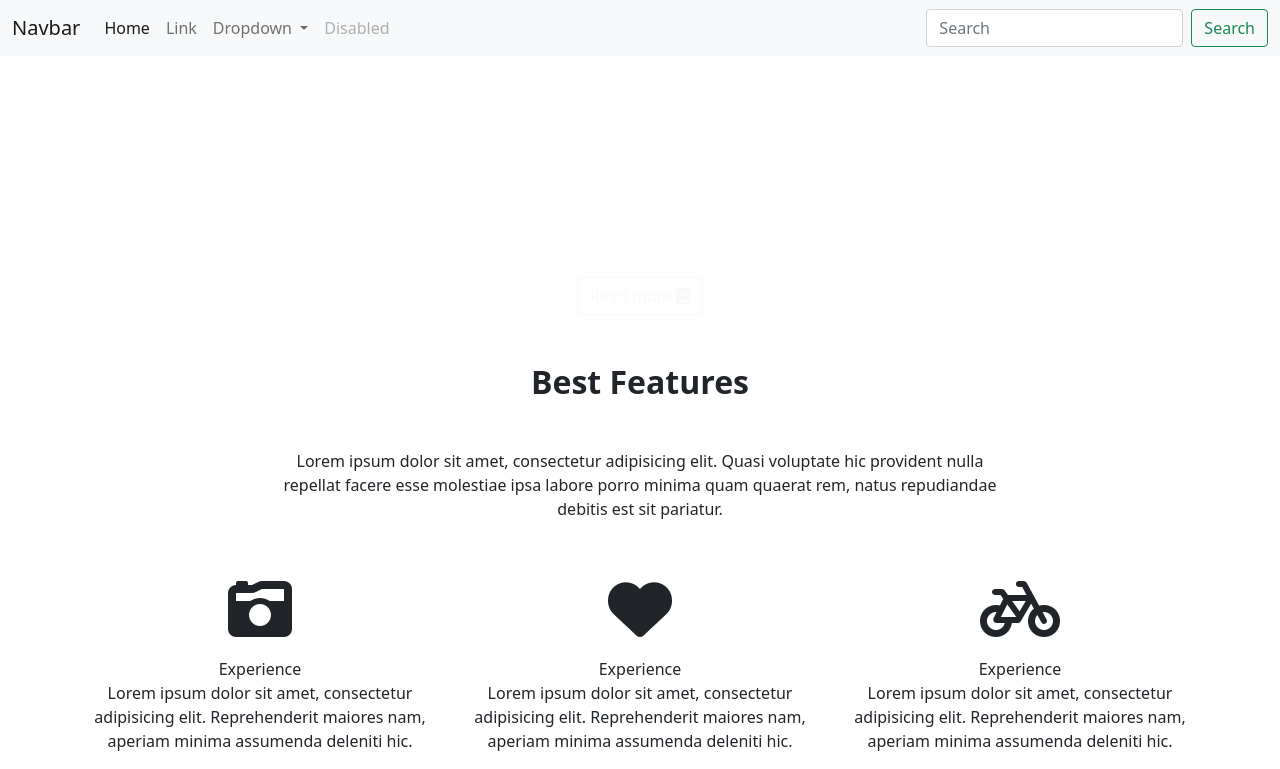
Repository: nptg3105/lab04-landing-page-boostrap5
Page: index.html
These files come from the project's save history. The page is drawn as it stood at one moment and after the next save; the edit follows.
The browser window is 1280 px wide. The pictures show the whole page.

Above is the page before, as saved 2021-12-19 10:20:10.

### index.html
<!DOCTYPE html>
<html lang="en">
  <head>
    <meta charset="UTF-8" />
    <meta http-equiv="X-UA-Compatible" content="IE=edge" />
    <meta name="viewport" content="width=device-width, initial-scale=1.0" />
    <title>lab04-Landing-Page-Boostrap</title>
    <link
      href="https://cdn.jsdelivr.net/npm/bootstrap@5.1.3/dist/css/bootstrap.min.css"
      rel="stylesheet"
      integrity="sha384-1BmE4kWBq78iYhFldvKuhfTAU6auU8tT94WrHftjDbrCEXSU1oBoqyl2QvZ6jIW3"
      crossorigin="anonymous"
    />
    <link rel="stylesheet" href="https://cdnjs.cloudflare.com/ajax/libs/font-awesome/6.0.0-beta3/css/all.min.css" integrity="sha512-Fo3rlrZj/k7ujTnHg4CGR2D7kSs0v4LLanw2qksYuRlEzO+tcaEPQogQ0KaoGN26/zrn20ImR1DfuLWnOo7aBA==" crossorigin="anonymous" referrerpolicy="no-referrer" />
    <link rel="stylesheet" href="dist/index.css" />
  </head>
  <body>
    <header>
      <nav class="navbar navbar-expand-lg navbar-light bg-light">
        <div class="container-fluid">
          <a class="navbar-brand" href="#">Navbar</a>
          <button
            class="navbar-toggler"
            type="button"
            data-bs-toggle="collapse"
            data-bs-target="#navbarSupportedContent"
            aria-controls="navbarSupportedContent"
            aria-expanded="false"
            aria-label="Toggle navigation"
          >
            <span class="navbar-toggler-icon"></span>
          </button>
          <div class="collapse navbar-collapse" id="navbarSupportedContent">
            <ul class="navbar-nav me-auto mb-2 mb-lg-0">
              <li class="nav-item">
                <a class="nav-link active" aria-current="page" href="#">Home</a>
              </li>
              <li class="nav-item">
                <a class="nav-link" href="#">Link</a>
              </li>
              <li class="nav-item dropdown">
                <a
                  class="nav-link dropdown-toggle"
                  href="#"
                  id="navbarDropdown"
                  role="button"
                  data-bs-toggle="dropdown"
                  aria-expanded="false"
                >
                  Dropdown
                </a>
                <ul class="dropdown-menu" aria-labelledby="navbarDropdown">
                  <li><a class="dropdown-item" href="#">Action</a></li>
                  <li><a class="dropdown-item" href="#">Another action</a></li>
                  <li><hr class="dropdown-divider" /></li>
                  <li>
                    <a class="dropdown-item" href="#">Something else here</a>
                  </li>
                </ul>
              </li>
              <li class="nav-item">
                <a class="nav-link disabled">Disabled</a>
              </li>
            </ul>
            <form class="d-flex">
              <input
                class="form-control me-2"
                type="search"
                placeholder="Search"
                aria-label="Search"
              />
              <button class="btn btn-outline-success" type="submit">
                Search
              </button>
            </form>
          </div>
        </div>
      </nav>
      <div class="hero">
       <div class="container-fluid d-flex align-items-center justify-content-center h-100">
         <div class="row d-flex justify-content-center text-center">
           <div class="col-md-10">
            <h2 class="text-white display-4 fw-bold pt-5 mb-2">Travel</h2>
            <h4 class="text-white my-4">Lorem ipsum dolor sit amet, consectetur adipisicing elit. Deleniti consequuntur.</h4>
            <button class="btn btn-outline-light">Read more <i class="fa fa-book"></i></button>
           </div>
         </div>
       </div>
      </div>
      <div class="feature text-center mt-5">
        <div class="container">
          <h2 class="feature__heading fw-bold mb-5">Best Features</h2>
          <div class="feature__detail row d-flex justify-content-center mb-4">
            <div class="col-md-8">
              <p class="grey-text">Lorem ipsum dolor sit amet, consectetur adipisicing elit. Quasi voluptate hic provident nulla repellat facere esse molestiae ipsa labore porro minima quam quaerat rem, natus repudiandae debitis est sit pariatur.</p>
            </div>
            </div>
          <div class="feature__list row">
            <div class="feature__item col-md-4">
              <div class="feature__icon fa-4x"><i class="fas fa-camera-retro"></i></div>
              <div class="feature__title">Experience</div>
              <div class="feature__desc">Lorem ipsum dolor sit amet, consectetur adipisicing elit. Reprehenderit maiores nam, aperiam minima assumenda deleniti hic.</div>
            </div>
            <div class="feature__item col-md-4">
              <div class="feature__icon fa-4x"><i class="fas fa-heart"></i></div>
              <div class="feature__title">Experience</div>
              <div class="feature__desc">Lorem ipsum dolor sit amet, consectetur adipisicing elit. Reprehenderit maiores nam, aperiam minima assumenda deleniti hic.</div>
            </div>
            <div class="feature__item col-md-4">
              <div class="feature__icon fa-4x"><i class="fas fa-bicycle"></i></div>
              <div class="feature__title">Experience</div>
              <div class="feature__desc">Lorem ipsum dolor sit amet, consectetur adipisicing elit. Reprehenderit maiores nam, aperiam minima assumenda deleniti hic.</div>
            </div>
          </div>
        </div>

      </div>
    </header>

    </p>

    <script
      src="https://cdn.jsdelivr.net/npm/bootstrap@5.1.3/dist/js/bootstrap.bundle.min.js"
      integrity="sha384-ka7Sk0Gln4gmtz2MlQnikT1wXgYsOg+OMhuP+IlRH9sENBO0LRn5q+8nbTov4+1p"
      crossorigin="anonymous"
    ></script>
  </body>
</html>

### dist/index.css
* {
  box-sizing: border-box;
  margin: 0;
  padding: 0;
}
body {
  line-height: 1.5;
}
:root {
  --color-bg: #ecf2f8;
  --color-white: #fff;
  --color-violet: #7541c8;
  --color-light-grey: #cfcfcf;
  --color-dark-grey: #19212e;
  --color-grey: #48556a;
}
.hero {
  background: url(https://mdbootstrap.com/img/Photos/Horizontal/Nature/full%20page/img%20(
        3
      ).jpg)
    no-repeat 50% fixed;
}
/*# sourceMappingURL=index.css.map */

After the next save:
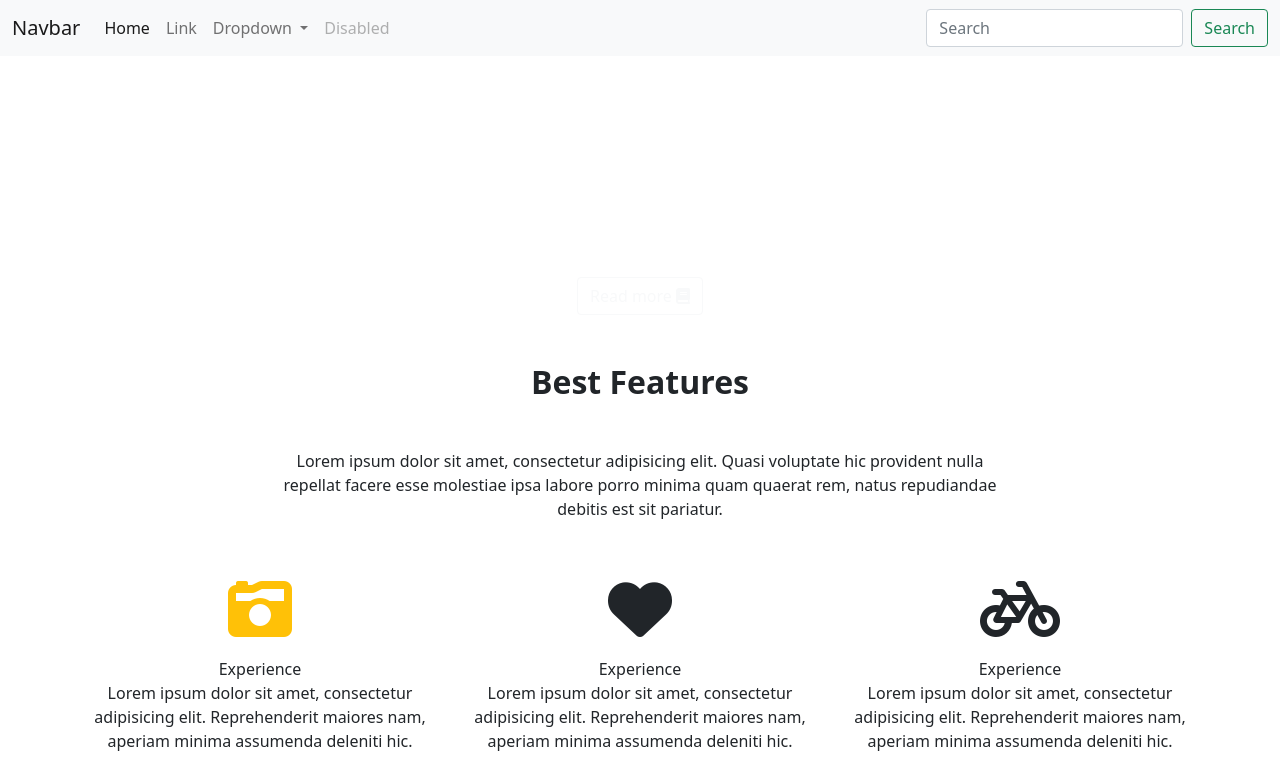
Saved 4 min 18 s later.
--- a/index.html
+++ b/index.html
@@ -97,7 +97,7 @@
             </div>
           <div class="feature__list row">
             <div class="feature__item col-md-4">
-              <div class="feature__icon fa-4x"><i class="fas fa-camera-retro"></i></div>
+              <div class="feature__icon fa-4x text-warning"><i class="fas fa-camera-retro"></i></div>
               <div class="feature__title">Experience</div>
               <div class="feature__desc">Lorem ipsum dolor sit amet, consectetur adipisicing elit. Reprehenderit maiores nam, aperiam minima assumenda deleniti hic.</div>
             </div>
